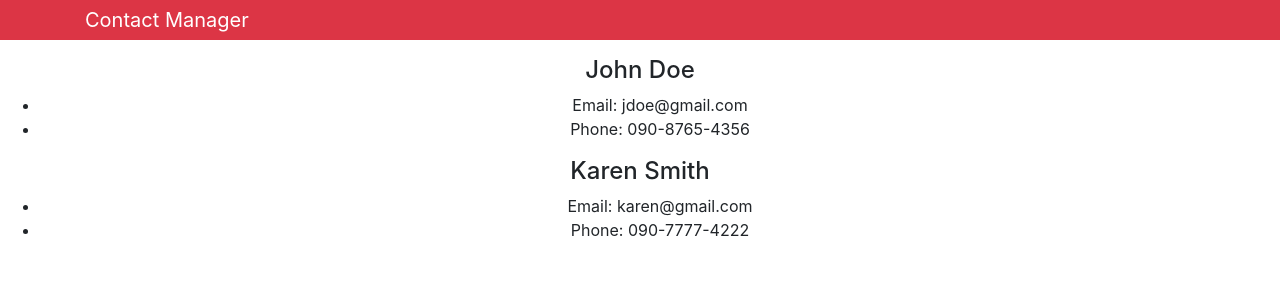
Repository: IkennaU/contactmanager
Page: /
The author's editor kept a copy of each file at every save. The page is drawn from the files as they stood at one save, then again after the next save.
The browser window is 1280 px wide. The pictures show the whole page.
The project was rebuilt for these pictures with package versions that can differ from the ones it lists, and the page was loaded fresh each time.

Above is the page before, as saved 2020-07-20 14:37:53.

### public/index.html
<!DOCTYPE html>
<html lang="en">
  <head>
    <meta charset="utf-8" />
    <link rel="icon" href="%PUBLIC_URL%/favicon.ico" />
    <meta name="viewport" content="width=device-width, initial-scale=1" />
    <meta name="theme-color" content="#000000" />
    <meta
      name="description"
      content="Web site created using create-react-app"
    />
    <link rel="apple-touch-icon" href="%PUBLIC_URL%/logo192.png" />
    <!--
      manifest.json provides metadata used when your web app is installed on a
      user's mobile device or desktop. See https://developers.google.com/web/fundamentals/web-app-manifest/
    -->
    <link rel="manifest" href="%PUBLIC_URL%/manifest.json" />
    <!--
      Notice the use of %PUBLIC_URL% in the tags above.
      It will be replaced with the URL of the `public` folder during the build.
      Only files inside the `public` folder can be referenced from the HTML.

      Unlike "/favicon.ico" or "favicon.ico", "%PUBLIC_URL%/favicon.ico" will
      work correctly both with client-side routing and a non-root public URL.
      Learn how to configure a non-root public URL by running `npm run build`.
    -->
    <title>Contact Manager</title>
  </head>
  <body>
    <noscript>You need to enable JavaScript to run this app.</noscript>
    <div id="root"></div>
    <!--
      This HTML file is a template.
      If you open it directly in the browser, you will see an empty page.

      You can add webfonts, meta tags, or analytics to this file.
      The build step will place the bundled scripts into the <body> tag.

      To begin the development, run `npm start` or `yarn start`.
      To create a production bundle, use `npm run build` or `yarn build`.
    -->
  </body>
</html>

### src/App.js
import React from "react";
import Contact from "./components/Contact";
import Header from "./components/Header";
import "bootstrap/dist/css/bootstrap.min.css";

import "./App.css";

function App() {
  return (
    <div className="App">
      <Header branding="Contact Manager" />
      <Contact name="John Doe" email="jdoe@gmail.com" phone="090-8765-4356" />
      <Contact
        name="Karen Smith"
        email="karen@gmail.com"
        phone="090-7777-4222"
      />
    </div>
  );
}

export default App;

### src/components/Contact.js
import React, { Component } from "react";
import PropTypes from "prop-types";

class Contact extends Component {
  static propTypes = {
    name: PropTypes.string.isRequired,
    email: PropTypes.string.isRequired,
    phone: PropTypes.string.isRequired,
  };

  render() {
    return (
      <div>
        <h4>{this.props.name}</h4>
        <ul>
          <li>Email: {this.props.email}</li>
          <li>Phone: {this.props.phone}</li>
        </ul>
      </div>
    );
  }
}

export default Contact;

### src/components/Header.js
import React from "react";
import PropTypes from "prop-types";

function Header(props) {
  return (
    <nav className="navbar navbar-expand-sm navbar-dark bg-danger mb-3 py-0">
      <div className="container">
        <a href="/" className="navbar-brand">
          {props.branding}
        </a>
      </div>
    </nav>
  );
}
Header.propTypes = { branding: PropTypes.string.isRequired };

export default Header;

Loaded but not shown: src/index.js (common file); src/serviceWorker.js (common file); src/App.css (common file)

After the next save:
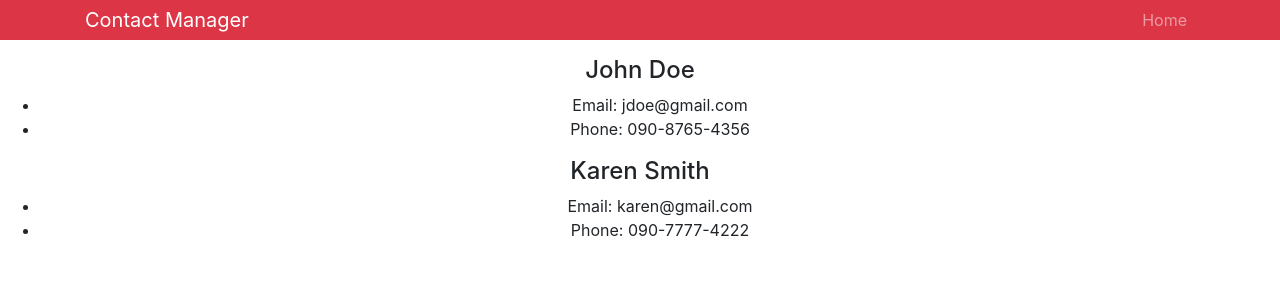
Saved 5 min 42 s later.
--- a/src/components/Header.js
+++ b/src/components/Header.js
@@ -8,6 +8,15 @@ function Header(props) {
         <a href="/" className="navbar-brand">
           {props.branding}
         </a>
+        <div>
+          <ul className="navbar-nav mr-auto">
+            <li className="nav-item">
+              <a href="/" className="nav-link">
+                Home
+              </a>
+            </li>
+          </ul>
+        </div>
       </div>
     </nav>
   );
